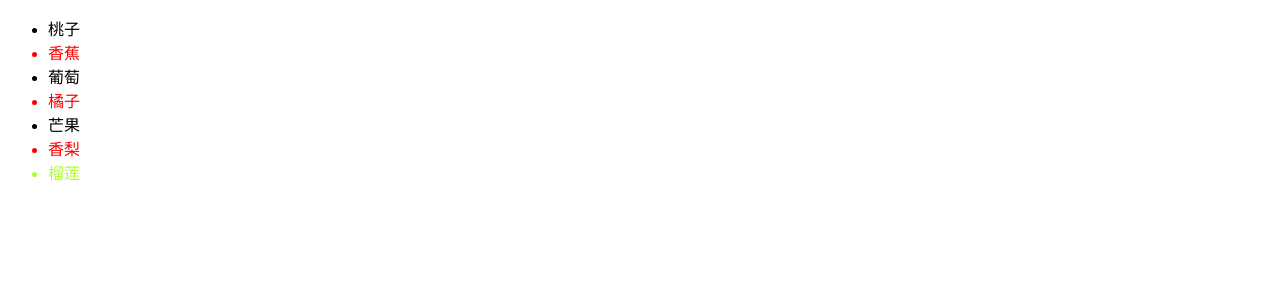
Repository: yanran12345/02-common-knowledge
Page: 02 css样式/01 sass样式.html
An editor plug-in stored every save of this project. The page is shown before and after the next save, followed by the edit.
The browser window is 1280 px wide. The pictures show the whole page.

Above is the page before, as saved 2021-06-25 15:17:51.

After the next save:
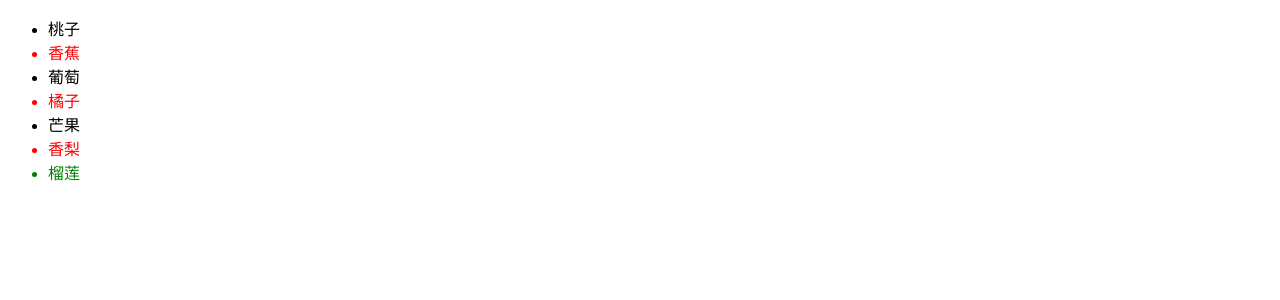
Saved 32 s later.
--- a/02 css样式/01 sass样式.html
+++ b/02 css样式/01 sass样式.html
@@ -12,7 +12,7 @@
     color: red;
   }
   .item:last-child {
-    color: greenyellow;
+    color: green;
   }
 </style>
 <body>
